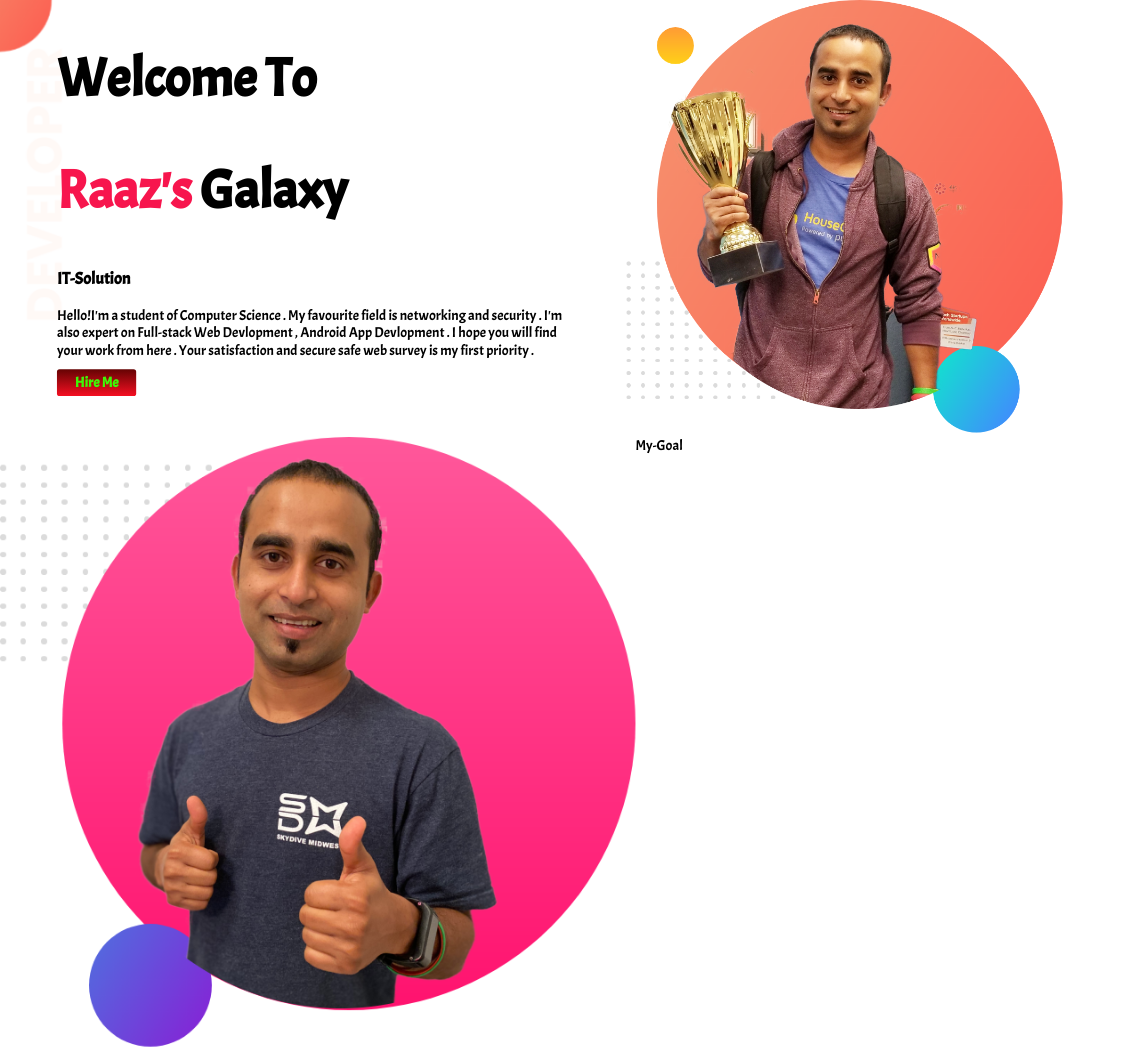
Repository: ramizraaz/my-portfolio
Page: about.html
The author's editor kept a copy of each file at every save. The page is drawn from the files as they stood at one save, then again after the next save.
The browser window is 1280 px wide. The pictures show the whole page, at 89% of full size.

Above is the page before, as saved 2022-01-13 19:08:50.

After the next save:
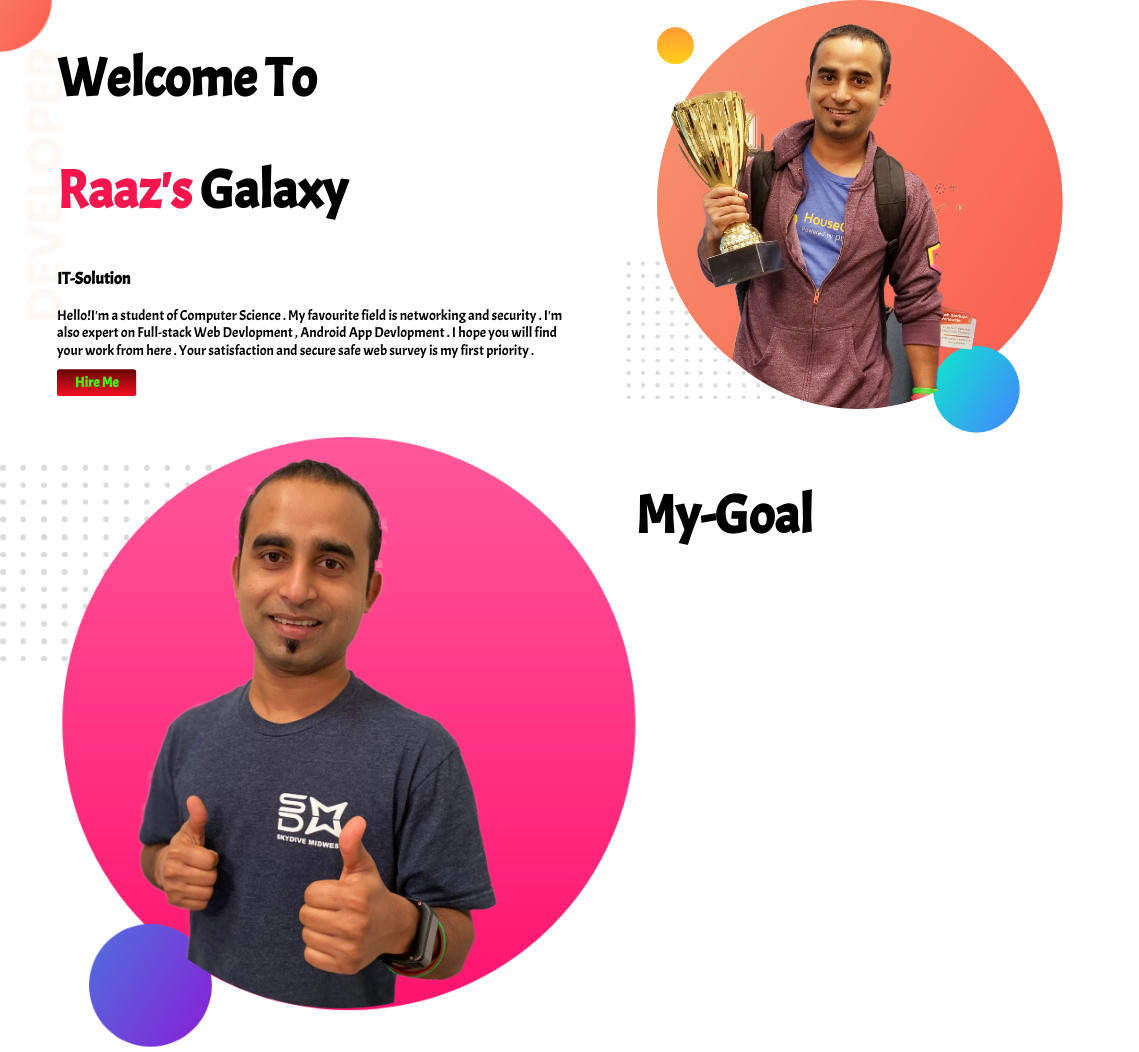
Saved 10 s later.
--- a/about.html
+++ b/about.html
@@ -31,7 +31,7 @@
             <img src="images/jhankar2.png" alt="Personal Profile">
         </div>
         <div>
-            My-Goal
+            <h1>My-Goal</h1>
         </div>
     </section>
 </body>
